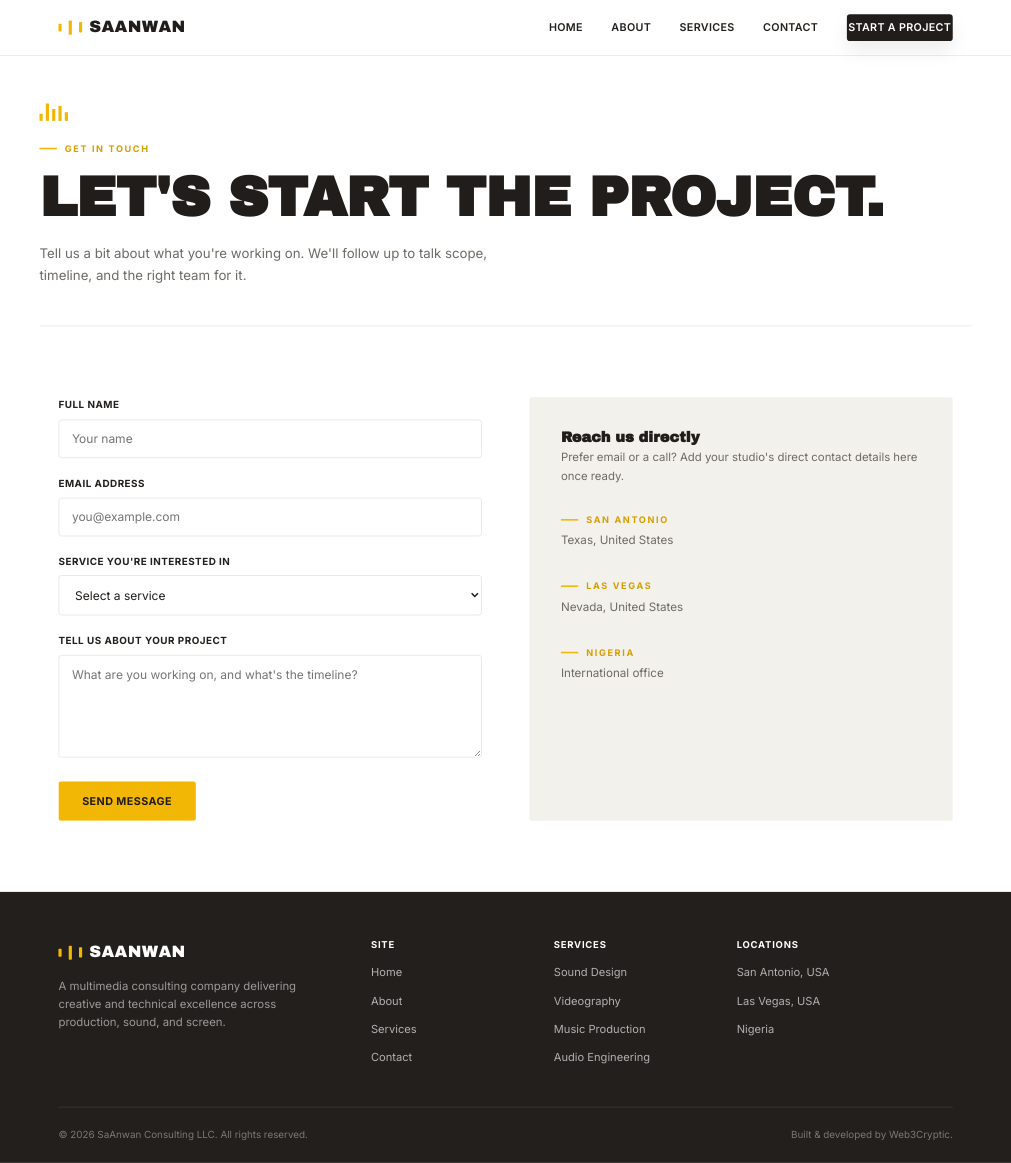
Repository: joshuaonazi/saanwan
Page: contact.html
These files come from the project's save history. The page is drawn as it stood at one moment and after the next save; the edit follows.
The browser window is 1280 px wide. The pictures show the whole page, at 79% of full size.

Above is the page before, as saved 2026-07-07 15:54:51.

After the next save:
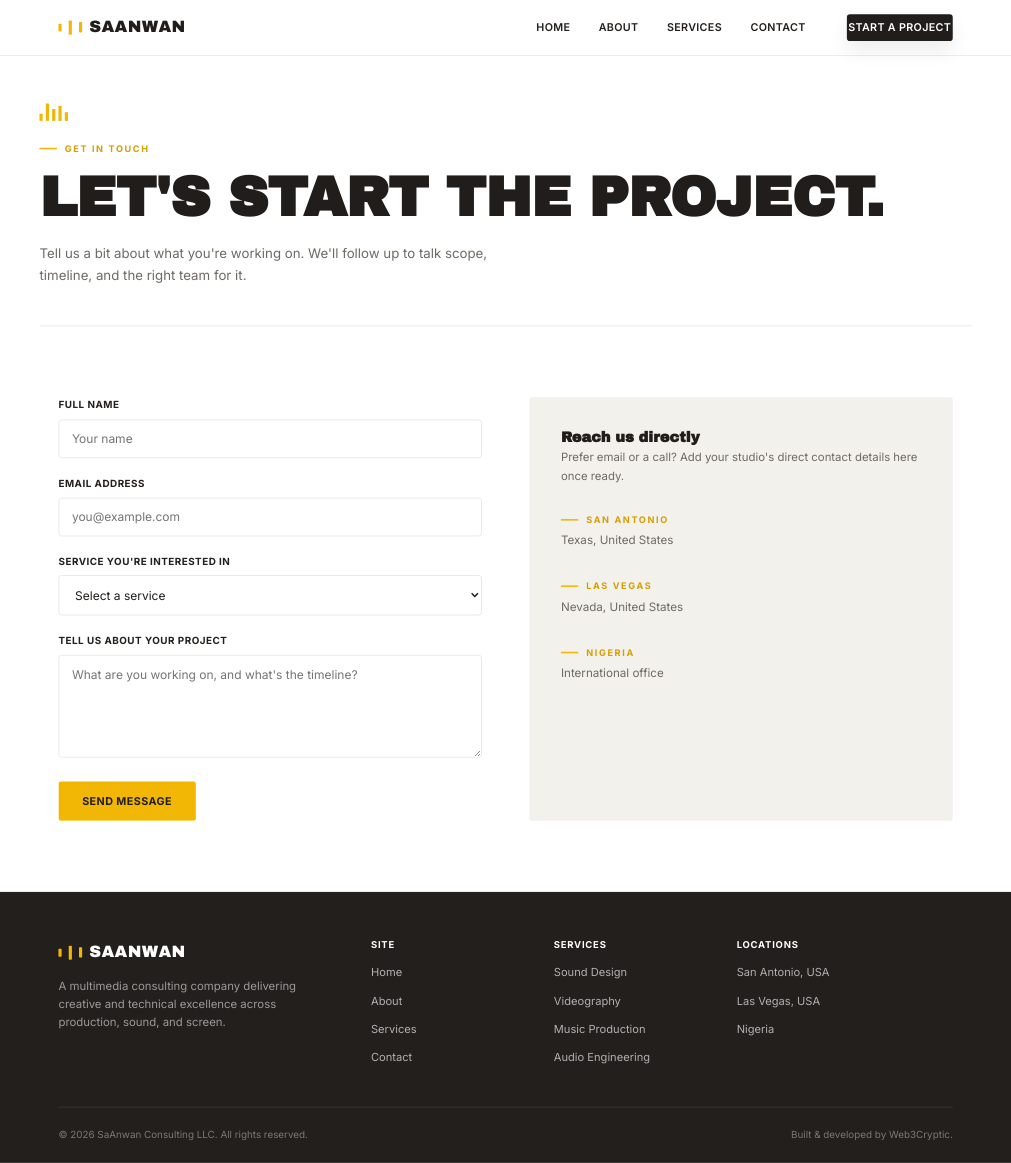
Saved 2 min 55 s later.
--- a/styles.css
+++ b/styles.css
@@ -215,11 +215,15 @@
 }
 
 .nav-cta {
+  display: inline-flex;
+  align-items: center;
+  justify-content: center;
   background: var(--color-ink);
   color: var(--color-white) !important;
-  padding: 14px 36px;
+  padding: 16px 42px;
   border-radius: var(--radius);
   border: 2px solid var(--color-ink);
+  margin-left: 16px;
   box-shadow: 0 12px 24px rgba(34, 31, 28, 0.08);
   transition: transform var(--transition), background var(--transition), color var(--transition), border-color var(--transition), box-shadow var(--transition);
 }
